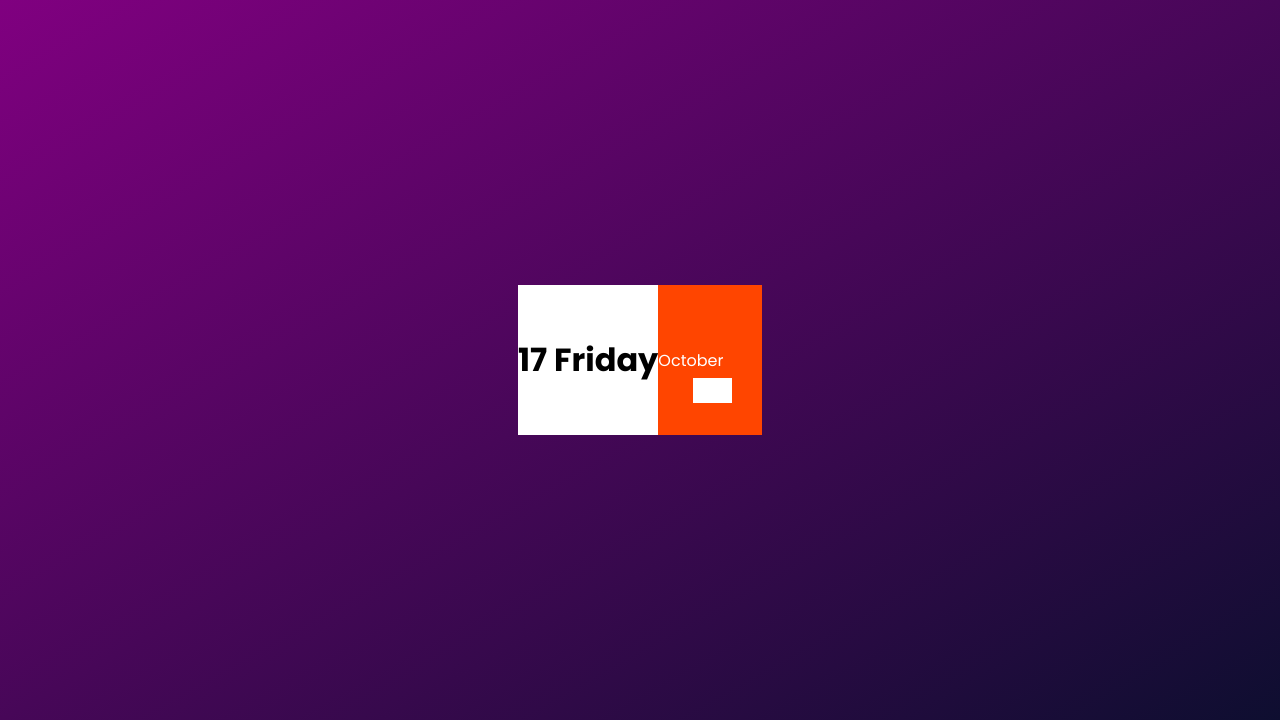
Repository: Ankitkr2021/Calendar
Page: index.html
An editor plug-in stored every save of this project. The page is shown before and after the next save, followed by the edit.
The browser window is 1280 px wide. The pictures show the whole page.

Above is the page before, as saved 2025-10-17 19:26:03.

### index.html
<!DOCTYPE html>
<html lang="en">
<head>
    <meta charset="UTF-8">
    <meta name="viewport" content="width=device-width, initial-scale=1.0">
    <title>Document</title>
    <link rel="stylesheet" href="./style.css">
</head>
<body>
    <div class="box">
        <div class="date"><h1>17 Friday</h1></div>
        <div class="month">
            <div class="mon">October</div>
            <div class="year">2025</div>
        </div>
    </div>
</body>
</html>

### style.css
@import url('https://fonts.googleapis.com/css2?family=Poppins:wght@100;200;300;400;500;600;700;800;900&display=swap');

*{
    margin: 0;
    padding: 0;
    box-sizing: border-box;
    font-family: "Poppins",sans-serif;
}

.box {
    display: flex;
    align-items: center;
    justify-content: center;
    height: 100vh;
    background: linear-gradient(to bottom right, purple, rgb(14, 14, 48));
    color: #fff;
}

.date {
    background: #fff;
    color: #000;
    height: 150px;
    display: flex;
    align-items: center;
    justify-content: center;

}

.mon {
    display: flex;
    align-items: center;
    justify-content: center;
}

.year {
    background: #fff;
    position: relative;
    right: 30px;
    top: 30px;
}

.month{
    background: orangered;
    height: 150px;
    display: flex;
    align-items: center;
    justify-content: center;
}

After the next save:
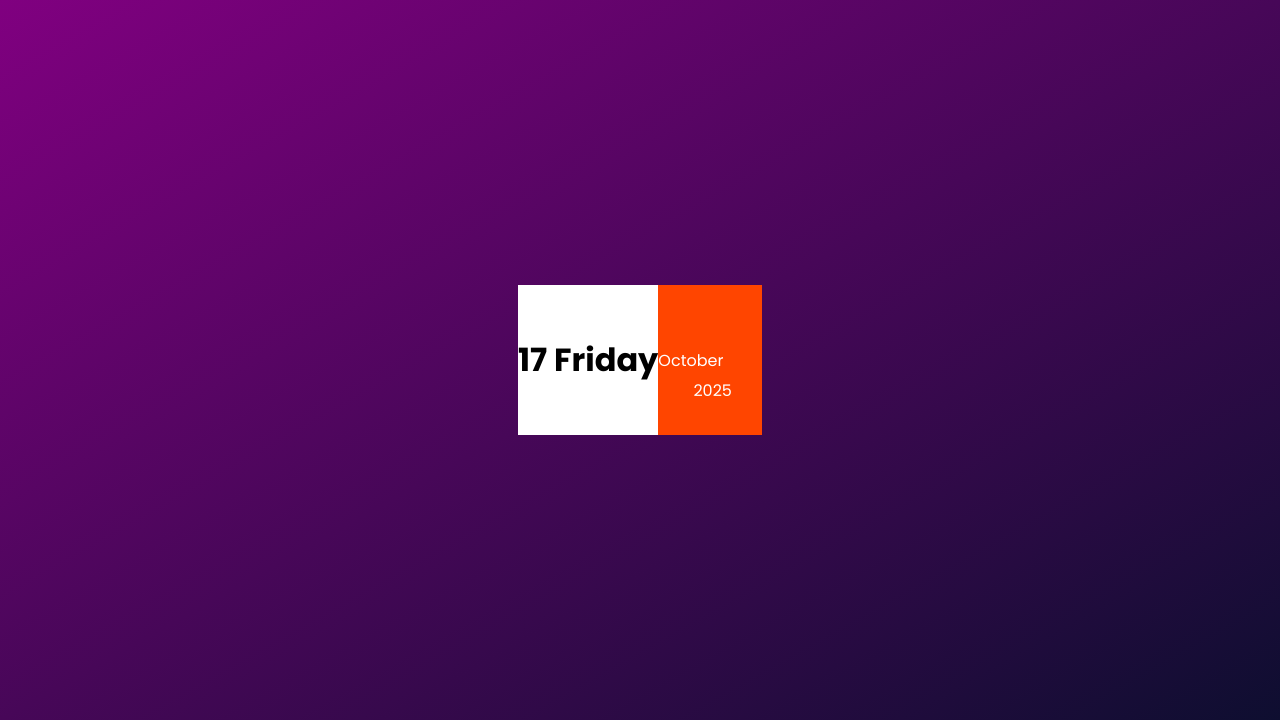
Saved 5 s later.
--- a/style.css
+++ b/style.css
@@ -33,7 +33,7 @@
 }
 
 .year {
-    background: #fff;
+    /* background: #fff; */
     position: relative;
     right: 30px;
     top: 30px;
